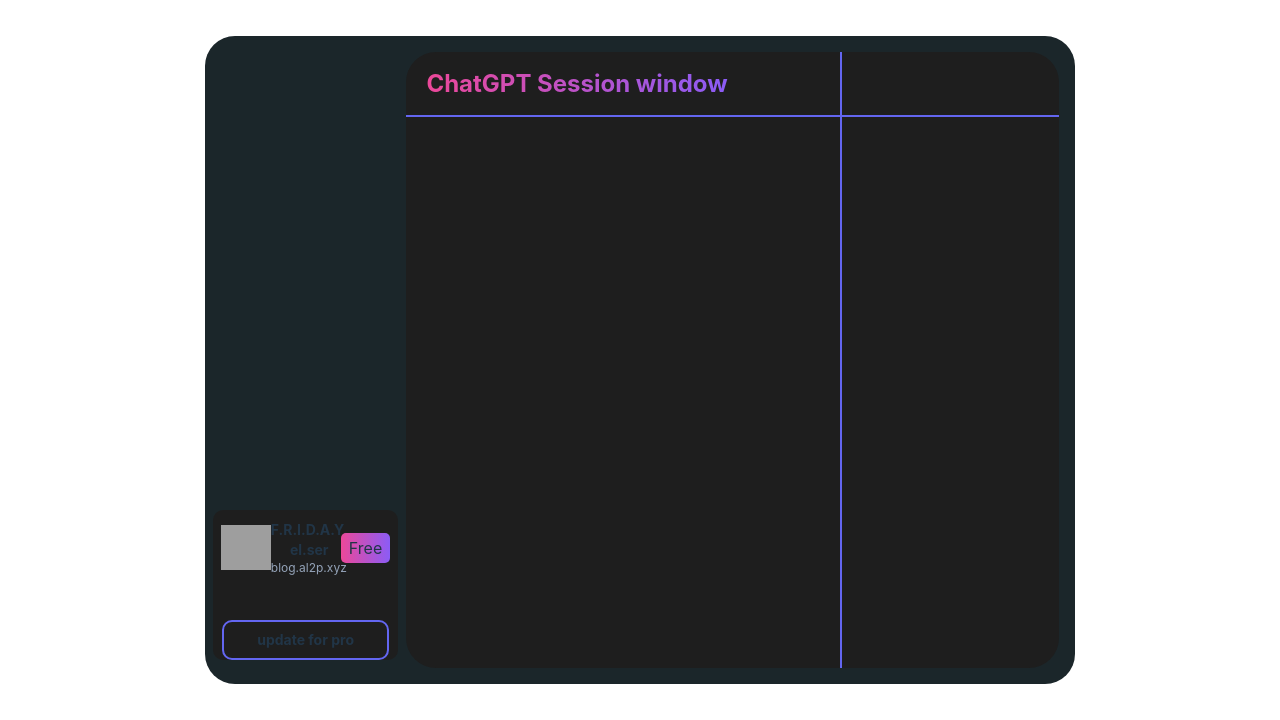
Repository: yezhonghu0503/chatgpt-vue-lac
Page: /
An editor plug-in stored every save of this project. The page is shown before and after the next save, followed by the edit.
The browser window is 1280 px wide. The pictures show the whole page.
Pictures or frames that could not be fetched are drawn as grey boxes. The project was rebuilt for these pictures with package versions that can differ from the ones it lists, and the page was loaded fresh each time. Also part of the build but not shown: vite.config.ts.

Above is the page before, as saved 2023-05-18 15:47:50.

### src/style.css
@tailwind base;
@tailwind components;
@tailwind utilities;

:root {
  font-family: Inter, system-ui, Avenir, Helvetica, Arial, sans-serif;
  line-height: 1.5;
  font-weight: 400;

  color-scheme: light dark;
  color: rgba(255, 255, 255, 0.87);
  /* background-color: #242424; */
  background-color: rgb(21, 21, 21);

  font-synthesis: none;
  text-rendering: optimizeLegibility;
  -webkit-font-smoothing: antialiased;
  -moz-osx-font-smoothing: grayscale;
  -webkit-text-size-adjust: 100%;
}

a {
  font-weight: 500;
  color: #646cff;
  text-decoration: inherit;
}

a:hover {
  color: #535bf2;
}

body {
  margin: 0;
  display: flex;
  place-items: center;
  min-width: 320px;
  min-height: 100vh;
}

h1 {
  font-size: 3.2em;
  line-height: 1.1;
}

button {
  border-radius: 8px;
  border: 1px solid transparent;
  padding: 0.6em 1.2em;
  font-size: 1em;
  font-weight: 500;
  font-family: inherit;
  background-color: #1a1a1a;
  cursor: pointer;
  transition: border-color 0.25s;
}

button:hover {
  border-color: #646cff;
}

button:focus,
button:focus-visible {
  outline: 4px auto -webkit-focus-ring-color;
}

.card {
  padding: 2em;
}

#app {
  max-width: 1280px;
  margin: 0 auto;
  padding: 2rem;
  text-align: center;
}

@media (prefers-color-scheme: light) {
  :root {
    color: #213547;
    background-color: #ffffff;
  }

  a:hover {
    color: #747bff;
  }

  button {
    background-color: #f9f9f9;
  }
}

### src/App.vue
<script setup lang="ts">
import chat from './pages/chat.vue';
</script>

<template>
  <chat />
</template>

<style scoped></style>

### src/pages/chat.vue
<template>
    <div class="w-[68vw] h-[90vh] bg-rg-chat-border rounded-[30px] flex justify-end p-4 pl-0">
        <chatMenu />
        <chatMain />

    </div>
</template>
<script lang="ts" setup>
import chatMain from '../components/chat-main/chatMain.vue';
import chatMenu from '../components/chat-menu/chatMenu.vue'
</script>
<style lang="less" scoped></style>

### src/components/chat-main/chatMain.vue
<template>
    <div class="w-[51vw] h-[100%] bg-rg-chat rounded-[30px] flex">
        <div class="w-[34vw] h-[100%] border-r-2 border-indigo-500">
            <div class="w-[100%] h-[65px] border-b-2 border-indigo-500 flex justify-start items-center p-5">
                <span
                    class='text-2xl font-bold text-transparent bg-clip-text bg-gradient-to-r from-pink-500 to-violet-500'>ChatGPT
                    Session window</span>
            </div>
        </div>
        <div class="w-[17vw] h-[65px] border-b-2 border-indigo-500"></div>
    </div>
</template>

<script lang="ts" setup>

</script>

<style lang="sass" scoped>

</style>

### src/components/chat-menu/chatMenu.vue
<template>
  <div class="w-[17vw] h-[100%] flex justify-center items-end p-2">
    <div
      class="w-[100%] h-[150px] bg-rg-chat flex flex-col justify-between items-center rounded-[10px]"
    >
      <div class="w-[100%] h-[75px] flex justify-between items-center p-2">
        <div class="flex items-center">
          <img
            class="w-[50px] h-[45px]"
            src="https://blog.al2p.xyz/upload/laclogo.png"
          />
          <div class="flex flex-col items-start">
            <div class="text-sm font-bold">F.R.I.D.A.Y. el.ser</div>
            <div class="text-xs text-slate-400">blog.al2p.xyz</div>
          </div>
        </div>
        <div
          class="flex justify-center rounded-[5px] items-center w-[70px] h-[30px] bg-gradient-to-r from-pink-500 to-violet-500"
        >
          Free
        </div>
      </div>
      <div
        class="text-sm flex items-center justify-center w-[13vw] h-[40px] rounded-[10px] border-2 border-indigo-500 font-bold"
      >
        update for pro
      </div>
    </div>
  </div>
</template>

<script lang="ts" setup></script>

<style lang="less" scoped></style>

### tailwind.config.js
/** @type {import('tailwindcss').Config} */
export default {
  content: [
    "./index.html",
    "./src/**/*.{vue,js,ts,jsx,tsx}",
  ],
  theme: {
    extend: {
      colors: {
        'rg-chat': 'rgb(30,30,30)',
        'rg-chat-border': 'rgb(27,38,42)'
      }
    }
  },
  plugins: [],
}

Loaded but not shown: index.html (common file); src/main.ts (common file)

After the next save:
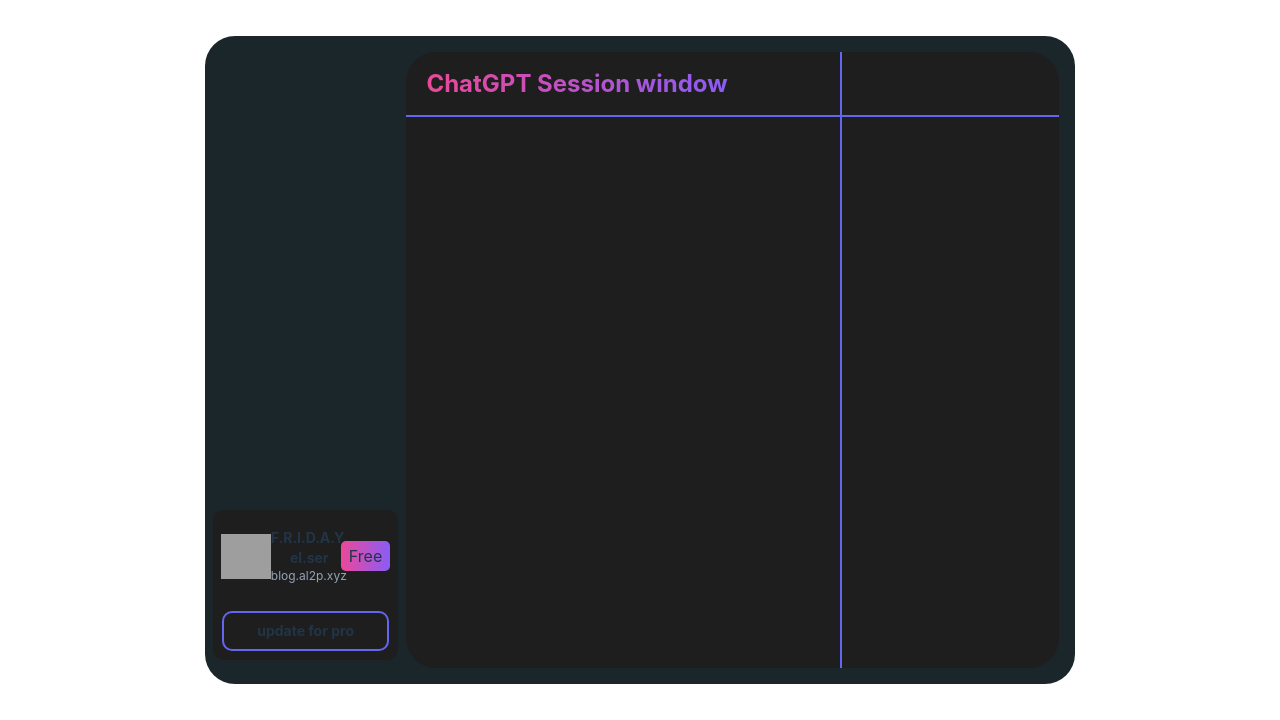
Saved 12 s later.
--- a/src/components/chat-menu/chatMenu.vue
+++ b/src/components/chat-menu/chatMenu.vue
@@ -1,7 +1,7 @@
 <template>
   <div class="w-[17vw] h-[100%] flex justify-center items-end p-2">
     <div
-      class="w-[100%] h-[150px] bg-rg-chat flex flex-col justify-between items-center rounded-[10px]"
+      class="w-[100%] h-[150px] bg-rg-chat flex flex-col justify-around items-center rounded-[10px]"
     >
       <div class="w-[100%] h-[75px] flex justify-between items-center p-2">
         <div class="flex items-center">
